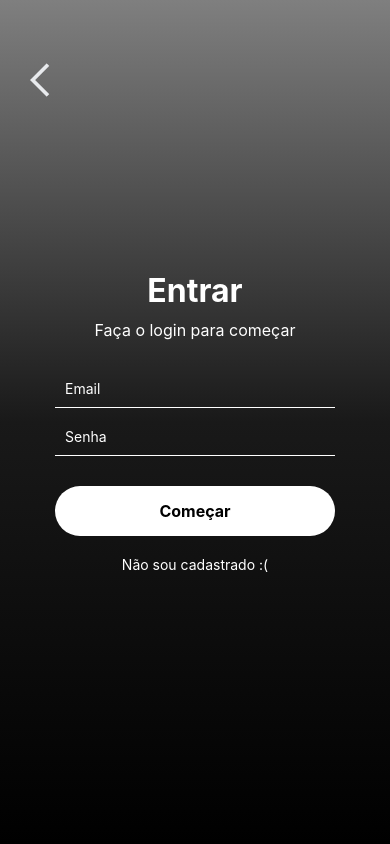
Repository: Matheus904-12/Notifire
Screen: /Auth (app in notiFire/)
An editor plug-in stored every save of this project. The screen is shown before and after the next save, followed by the edit.
The app was drawn by React Native's web renderer in a window 390 px wide. The project was rebuilt for these pictures with package versions that can differ from the ones it lists, and the page was loaded fresh each time. Also part of the build but not shown: notiFire/screens/SendMessageScreen.js, notiFire/screens/ConfirmationScreen.js, notiFire/screens/CadastroScreen.js.

Above is the screen before, as saved 2024-07-29 19:45:38.

### notiFire/App.js
import React from 'react';
import { NavigationContainer } from '@react-navigation/native';
import { createStackNavigator } from '@react-navigation/stack';
import HomeScreen from './screens/HomeScreen';
import AuthScreen from './screens/AuthScreen';
import SendMessageScreen from './screens/SendMessageScreen';
import ConfirmationScreen from './screens/ConfirmationScreen';
import CadastroScreen from './screens/CadastroScreen';

const Stack = createStackNavigator();

export default function App() {
  return (
    <NavigationContainer>
      <Stack.Navigator initialRouteName="Home">
        <Stack.Screen name="Home" component={HomeScreen} options={{ headerShown: false }} />
        <Stack.Screen name="Auth" component={AuthScreen} options={{ title: 'Login/Cadastro', headerShown: false }} />
        <Stack.Screen name="SendMessage" component={SendMessageScreen} options={{ title: 'Enviar Mensagem', headerShown: false }} />
        <Stack.Screen name="Confirmation" component={ConfirmationScreen} options={{ title: 'Confirmação', headerShown: false }} />
        <Stack.Screen name="Cadastro" component={CadastroScreen} options={{ headerShown: false }} />
      </Stack.Navigator>
    </NavigationContainer>
  );
}

### notiFire/screens/HomeScreen.js
import React from 'react';
import { View, Text, StyleSheet, TouchableOpacity, Image } from 'react-native';
import { LinearGradient } from 'expo-linear-gradient';

export default function HomeScreen({ navigation }) {
  return (
    <LinearGradient
      colors={['#7f7f7f', '#191919', '#000000']} // Substitua pelas cores do seu gradiente
      style={styles.background}
    >
      <View style={styles.container}>
        <Image source={require('../assets/logo.gif')} style={styles.logo} />
        <Text style={styles.title}>Notificações Organizadas</Text>
        <TouchableOpacity style={styles.button} onPress={() => navigation.navigate('Auth')}>
          <Text style={styles.buttonText}>Vamos Lá</Text>
        </TouchableOpacity>
      </View>
    </LinearGradient>
  );
}

const styles = StyleSheet.create({
  background: {
    flex: 1,
    justifyContent: 'center',
    alignItems: 'center',
  },
  container: {
    alignItems: 'center',
  },
  logo: {
    width: 400,
    height: 200,
    marginBottom: 20,
  },
  title: {
    fontSize: 22,
    color: '#fff',
    marginBottom: 20,
    fontWeight: 'semi-bold',
    top: -20,
  },
  button: {
    backgroundColor: '#fff',
    paddingVertical: 10,
    paddingHorizontal: 20,
    borderRadius: 15,
  },
  buttonText: {
    color: '#000',
    fontSize: 20,
    fontWeight: 'bold',
  },
});

### notiFire/screens/AuthScreen.js
import React, { useState } from 'react';
import { View, Text, TextInput, TouchableOpacity, Image, StyleSheet } from 'react-native';
import { LinearGradient } from 'expo-linear-gradient';
import { auth } from '../firebaseConfig';
import { signInWithEmailAndPassword } from 'firebase/auth';

export default function AuthScreen({ navigation }) {
  const [email, setEmail] = useState('');
  const [senha, setSenha] = useState('');

  const entrar = () => {
    signInWithEmailAndPassword(auth, email, senha)
      .then(userCredential => {
        navigation.navigate('SendMessage');
      })
      .catch(error => alert(error.message));
  };

  return (
    <LinearGradient colors={['#7f7f7f', '#191919', '#000000']} style={styles.background}>
      <View style={styles.container}>
        <TouchableOpacity style={styles.backButton} onPress={() => navigation.goBack()}>
          <Image source={require('../assets/back.png')} style={styles.backButtonImage} />
        </TouchableOpacity>
        <Text style={styles.title}>Entrar</Text>
        <Text style={styles.subtitle}>Faça o login para começar</Text>
        <TextInput
          style={styles.input}
          placeholder="Email"
          value={email}
          onChangeText={setEmail}
          placeholderTextColor="#fff"
        />
        <TextInput
          style={styles.input}
          placeholder="Senha"
          value={senha}
          onChangeText={setSenha}
          secureTextEntry
          placeholderTextColor="#fff"
        />
        <TouchableOpacity style={styles.button} onPress={entrar}>
          <Text style={styles.buttonText}>Começar</Text>
        </TouchableOpacity>
        <TouchableOpacity onPress={() => navigation.navigate('Cadastro')}>
          <Text style={styles.registerText}>Não sou cadastrado :(</Text>
        </TouchableOpacity>
      </View>
    </LinearGradient>
  );
}

const styles = StyleSheet.create({
  background: {
    flex: 1,
  },
  container: {
    flex: 1,
    justifyContent: 'center',
    alignItems: 'center',
    padding: 20,
  },
  backButton: {
    position: 'absolute',
    top: 60,
    left: 30,
  },
  backButtonImage: {
    width: 40,
    height: 40,
  },
  title: {
    fontSize: 32,
    fontWeight: 'bold',
    marginBottom: 10,
    color: '#fff',
  },
  subtitle: {
    fontSize: 16,
    marginBottom: 30,
    color: '#fff',
  },
  input: {
    width: '80%',
    padding: 10,
    marginBottom: 10,
    borderBottomWidth: 1,
    borderBottomColor: '#fff',
    color: '#fff',
  },
  button: {
    backgroundColor: '#fff',
    padding: 15,
    borderRadius: 25,
    width: '80%',
    alignItems: 'center',
    marginTop: 20,
  },
  buttonText: {
    color: '#000',
    fontSize: 16,
    fontWeight: 'bold',
  },
  registerText: {
    color: '#fff',
    marginTop: 20,
    fontSize: 14,
  },
});

### notiFire/firebaseConfig.js
// firebaseConfig.js
import { initializeApp } from 'firebase/app';
import { getAuth } from 'firebase/auth';
import { getFirestore } from 'firebase/firestore';

const firebaseConfig = {
  apiKey: "YOUR_API_KEY",
  authDomain: "YOUR_AUTH_DOMAIN",
  projectId: "YOUR_PROJECT_ID",
  storageBucket: "YOUR_STORAGE_BUCKET",
  messagingSenderId: "YOUR_MESSAGING_SENDER_ID",
  appId: "YOUR_APP_ID",
};

const app = initializeApp(firebaseConfig);
const auth = getAuth(app);
const firestore = getFirestore(app);

export { auth, firestore };

After the next save:
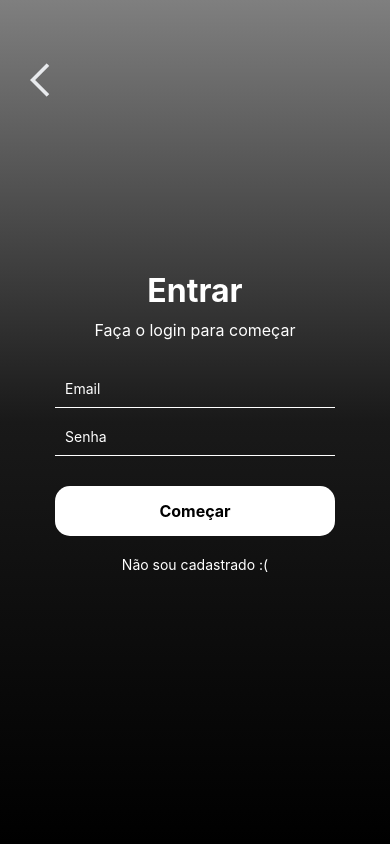
Saved 29 s later.
--- a/notiFire/screens/AuthScreen.js
+++ b/notiFire/screens/AuthScreen.js
@@ -91,7 +91,7 @@ const styles = StyleSheet.create({
   button: {
     backgroundColor: '#fff',
     padding: 15,
-    borderRadius: 25,
+    borderRadius: 15,
     width: '80%',
     alignItems: 'center',
     marginTop: 20,
